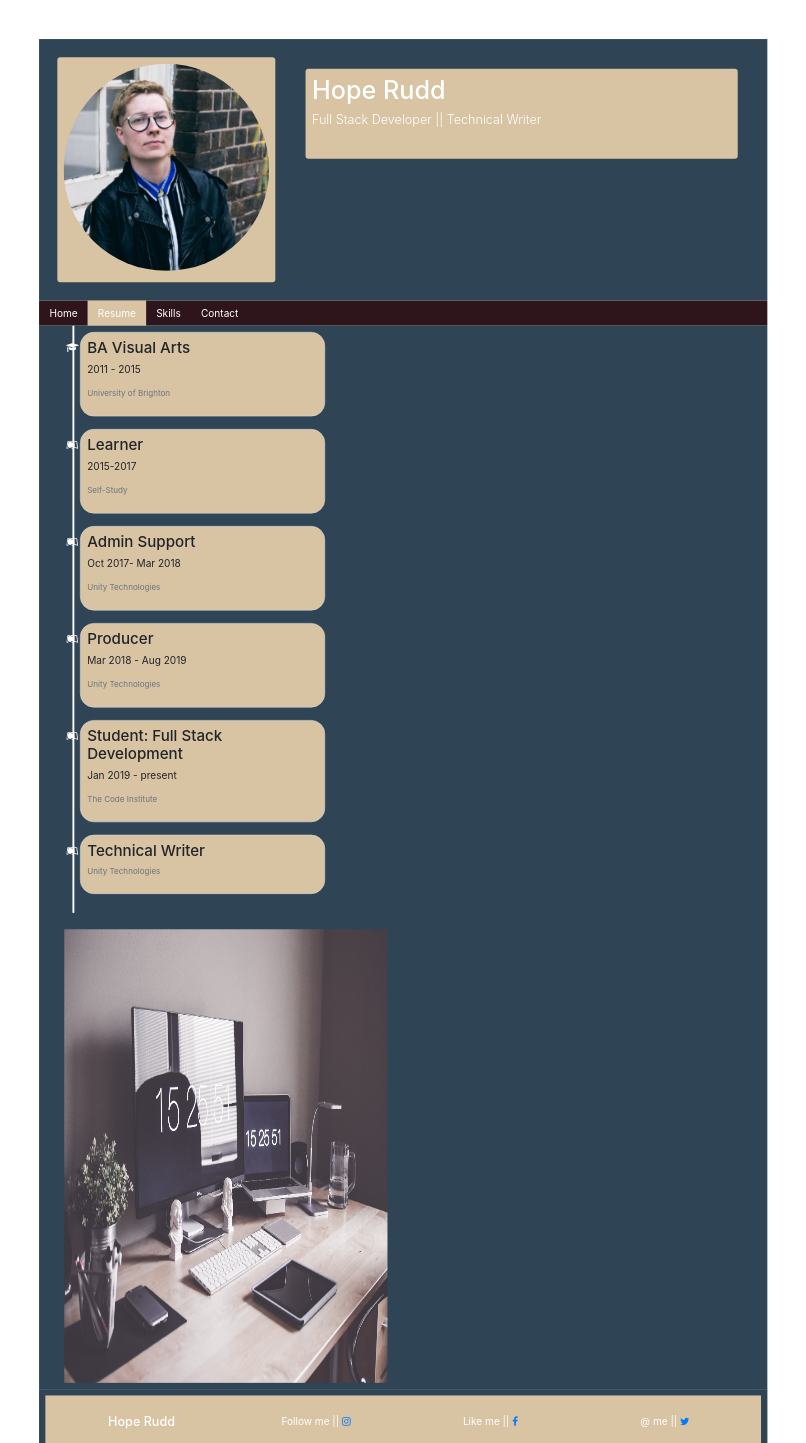
Repository: BleakTerrain/MilestoneProject-
Page: resume.html
The author's editor kept a record of every edit. The page is drawn from the files as they stood at one moment, then again after the next edit.
The browser window is 1280 px wide. The pictures show the whole page, at 63% of full size.
Some web libraries are served in a nearby version.

Above is the page before.

### resume.html
<html>

<head>
  <!-- Copied from UCB Resume code institue project -->

  <meta charset="UTF-8">
  <meta name="viewport" content="width=device-width, initial-scale=1.0">
  <meta http-equiv="X-UA-Compatible" content="ie=edge">
  <link rel="stylesheet" href="https://maxcdn.bootstrapcdn.com/bootstrap/4.2.1/css/bootstrap.min.css" type="text/css" />
  <link rel="stylesheet" href="https://maxcdn.bootstrapcdn.com/font-awesome/4.7.0/css/font-awesome.min.css" type="text/css" />
  <link rel="stylesheet" href="https://cdnjs.cloudflare.com/ajax/libs/hover.css/2.3.1/css/hover-min.css" type="text/css" />
  <link rel="stylesheet" href="assets/CSS/stylesheet.css" type="text/css" />
  <!-- Copied initial links end -->

  <title> Personal Portfolio</title>
</head>
<header>



</header>

<body>
<div class="intro-container">

 <!-------------------------Intro cards Started----------------------->
      <div class="row">
        <div class= "col-sm-4">
            <section class="jumbotron introtron">
          <img class="intro-image " src="BackgroundCodeInstitute.jpg" alt="Image not found">
           </div>
               <div class="col-sm-8">
                 <div class="jumbotron name-card">
                <h1>Hope Rudd</h1>
                 <p class="lead ">Full Stack Developer || Technical Writer </p>
                 </div>
                 </div>
                  </section>
        </div>

      </div>
    </div>

</div>
<!-------------------------------Intro cards finished-------------------------------->
<!-------------------------------Nav bar started-------------------------------->
<!-- inspired by example at https://www.w3schools.com/bootstrap4/bootstrap_navs.asp -->
<ul class = " nav navbar-default">
            <li class="nav-item">
              <a class="nav-link" href="#">Home</a>
            </li>
            <li class="nav-item nav-item-resume">
              <a class="nav-link" href="#">Resume</a>
            </li>
            <li class="nav-item">
              <a class="nav-link" href="#">Skills</a>
            </li>
            <li class="nav-item">
              <a class="nav-link" href="#">Contact</a>
            </li>
          </ul>
<!-------------------------------Nav bar finished-------------------------------->
<!-------------------------------TimeLine------------------------------->
    <section class="main-text container-fluid">
<div class="row">
<div class="col-sm-6">
    <div class="container">
    <ul class=timeline>
        <li class = "timeline-item">
            <div class="timeline-badge">
                <i class= "fa fa-graduation-cap"></i>
            </div>
            <div class="timeline-panel">
                <div class="timeline-heading">
                    <h4 class = "timeline-title">BA Visual Arts</h4>
                    <p> 2011 - 2015 </p>
                    <p class ="text-muted"><small>University of Brighton</small></p>
                </div>
            </div>
        </li>
               <li class ="timeline-item">
            <div class="timeline-badge">
               <i class="fa fa-leanpub"></i>
            </div>
            <div class="timeline-panel">
                <div class="timeline-heading">
                    <h4 class = "timeline-title">Learner</h4>
                    <p> 2015-2017</p>
                    <p class ="text-muted"><small>Self-Study</small></p>
            </div>
        </li>
        </li>
               <li class ="timeline-item">
            <div class="timeline-badge">
               <i class="fa fa-leanpub"></i>
            </div>
            <div class="timeline-panel">
                <div class="timeline-heading">
                    <h4 class = "timeline-title">Admin Support</h4>
                    <p>Oct 2017- Mar 2018</p>
                    <p class ="text-muted"><small>Unity Technologies</small></p>
                </div>
            </div>
        </li>
         </li>
               <li class ="timeline-item">
            <div class="timeline-badge">
               <i class="fa fa-leanpub"></i>
            </div>
            <div class="timeline-panel">
                <div class="timeline-heading">
                    <h4 class = "timeline-title">Producer</h4>
                    <p>Mar 2018 - Aug 2019</p>
                    <p class ="text-muted"><small>Unity Technologies</small></p>
                </div>
            </div>
        </li>
        </li>
             </li>
               <li class ="timeline-item">
            <div class="timeline-badge">
               <i class="fa fa-leanpub"></i>
            </div>
            <div class="timeline-panel">
                <div class="timeline-heading">
                    <h4 class = "timeline-title">Student: Full Stack Development</h4>
                    <p> Jan 2019 - present </p>
                    <p class ="text-muted"><small>The Code Institute</small></p>
                </div>
            </div>
        </li>
        </li>
               <li class ="timeline-item">
            <div class="timeline-badge">
               <i class="fa fa-leanpub"></i>
            </div>
            <div class="timeline-panel">
                <div class="timeline-heading">
                    <h4 class = "timeline-title">Technical Writer</h4>
                    <p class ="text-muted"><small>Unity Technologies</small></p>
                </div>
            </div>
        </li>
    </ul>
    </div>
</div>
</div>
</div>
  <div class="col-sm-6 other-image-background">
<img class="other-image" src="DeskImage.jpg" alt="Image not found">
  </div>
</div>
    </section>
    </body>
<!-------------------------------Bulk text finished------------------------------->
<!-------------------------------Footer Begins------------------------------------>


<footer class="footer container-fluid">
<div class="row">
<div class="col-sm-3 footer-item">
  <h5>  Hope Rudd  </h5>
  </div>
  <div class="col-sm-3 footer-item">
      <p>Follow me || <a href = "#"> <i class="fa fa-instagram aria-hidden=true"></i></a></p>
  <span class = "sr-only">Instagram link</span>
  </div>
  <div class="col-sm-3 footer-item">
      <p> Like me || <a href = "#"> <i class="fa fa-facebook aria-hidden=true"></i></a></p>
  <span class = "sr-only">Facebook Link</span>
  </div>
    <div class="col-sm-3 footer-item">
      <p>@ me || <a href = "#"> <i class="fa fa-twitter aria-hidden=true"></i></a></p>
  <span class = "sr-only">Twitter Link</span>
  </div>
</footer>

</html>

### assets/CSS/stylesheet.css

/* Main background taken from bootstraps basics project*/
/* General theme inspiration from : https://visme.co/blog/website-color-schemes/ */

body, html {
  height: 100%;
  margin: 2.5%;
}
/* -----------------------------------Intro bar---------------*/

.intro-container
{
padding:2.5%;
background-color: #2f4454;
}
.jumbotron
{
  margin:2.5%;
 padding: 10px;
 text-align: center;
  background-color: #D8C3A3;
  color:#fff;

}
.jumbotron-header
{
  font-size:500%;

}

.introtron
{
  margin:0;
min-height: 40%;
}

.intro-image {
  padding-bottom: 2.5%;
    width: 100%;
    background-position: center;
    background-repeat: no-repeat;
    transition: all .5s ease-in-out;
    -moz-transition: all .5s ease-in-out;
    -webkit-transition: all .5s ease-in-out;
  border-radius: 50%;
  display:inline-block;
}

.contact-card
{

  text-align: left;
  height:40%;
}
.name-card
{
  text-align:left;
  font-size: x-large;
  height:40%;
}
/*-----------------------------SkillsBar-------------------*/
.progress
{
  margin-bottom: 2.5%;

}
.full-stack
{
  background-color: #E27D60;
}
.tech-writing
{
  background-color: #e8a87c;
}
.html
{
  background-color: #C38D9E;
}
.css
{
  background-color: #41B3A3;
}
/*----------------------------------Nav-----------------------*/
.nav
{

  text-align: center;
  background-color: #2E151B;

}
.nav-link
{
  color:#fff;
}
.nav-link:hover
{
  background-color:#eed2dc ;
  color:#2E151B;
}
.nav-item-resume
{
  background-color: #D8C3A3;
}
.nav-item-skills
{
  background-color: #D8C3A3;
}
.nav-item-contact
{
  background-color: #D8C3A3;
}
/*-----------------------------Main-Text-------------------*/
.main-text
{
  background-color: #2f4454;
}
.main-text-box
{
  border: solid 10px #2f4454;
  background-color: #fff;
  color: #2f4454;
}
.other-image-background
{
border: solid 10px #2f4454;
 margin:0;
}
.other-image {

width: 100%;
  display:block;

}

/*-----------------------------Timeline-------------------*/

.timeline {
  list-style: none;
  padding: 10px 0 10px;
  position: relative;
}
.timeline:before {
  top: 0;
  bottom: 0;
  position: absolute;
  content: " ";
  width: 3px;
  background-color:#fff ;
  left: 25px;
  margin-left:-2px;
}
.timeline-item {
  margin-bottom: 20px;
  position: relative;
}


.timeline > li:before,
.timeline > li:after {
  content: " ";
  display: table;
}
.timeline > li:after {
  clear: both;
}
 .timeline-panel {
   background-color: #D8C3A3;
  width: 75%;
  float: left;
  border: 1px solid #d4d4d4;
  border-radius: 22px;
  padding: 10px;
  position: relative;
  margin-left: 35px;
}
.timeline-panel:before {
  position: absolute;
  top: 26px;
  left: -15px;
  display: inline-block;
}
.timeline-panel:after {
  position: absolute;
  top: 27px;
  left: -14px;
  display: inline-block;
}
 .timeline-badge {
  color: #fff;
  width: 25px;
  height: 25px;
  line-height: 25px;

  text-align: center;
  position: absolute;
  top: 16px;
  left: 10px;

}
/*------------------------------Footer---------------------*/
.footer
{ background-color: #D8C3A3;
color:#fff;
padding: 2.5%;
border: solid 10px #2f4454 ;
}
.footer-item
{
  text-align: center;
}
/*------------------------------MediaQueries-----------------*/

@media (max-width: 573)
{
  .name-card
{
height: 100%;
background-color: #E85a4f;
}


.contact-card
{
height: 100%;
background-color: #E98074;
}
}
.other-image
{
  height:100%;

}

After the next edit:
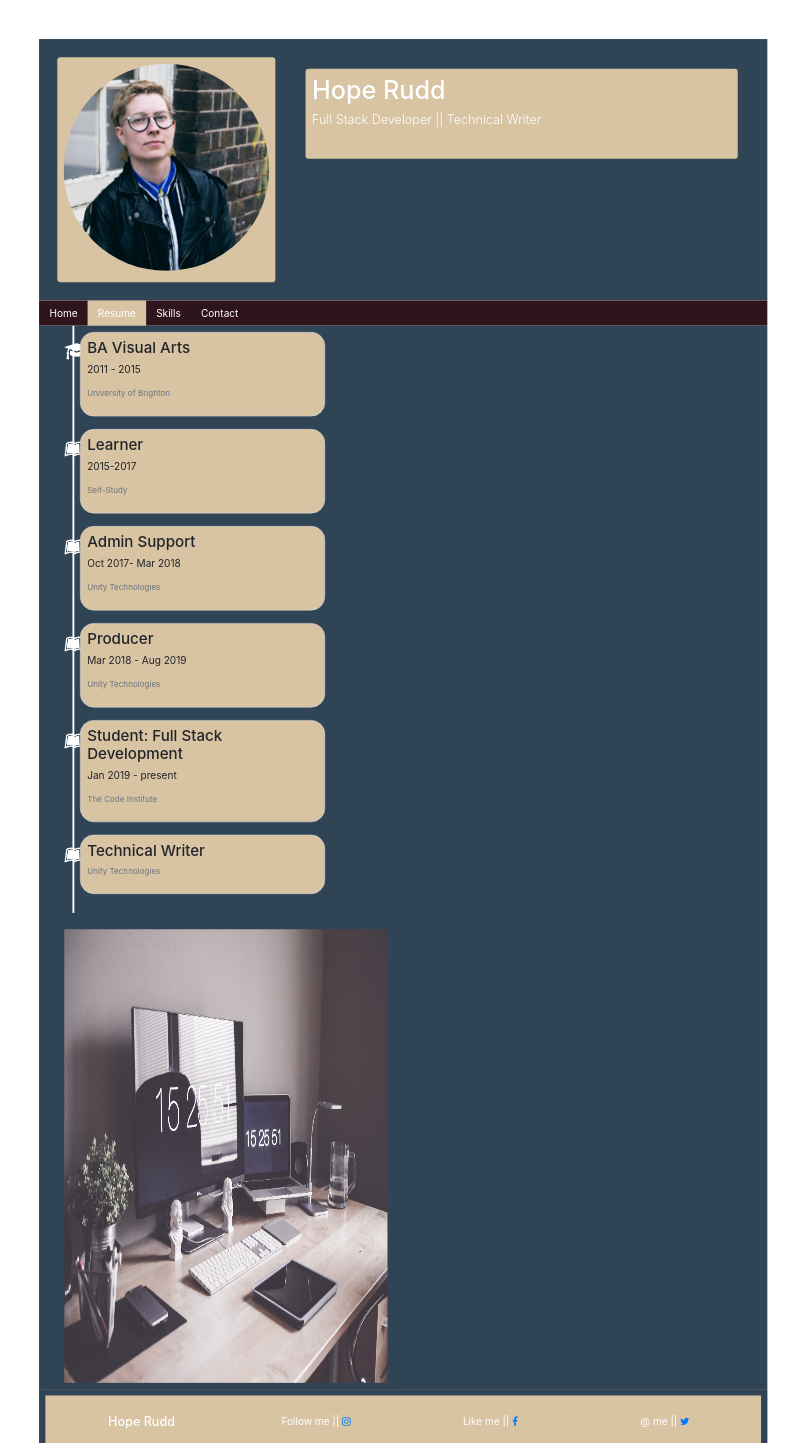
The edit:
--- a/assets/CSS/stylesheet.css
+++ b/assets/CSS/stylesheet.css
@@ -187,8 +187,7 @@
 }
  .timeline-badge {
   color: #fff;
-  width: 25px;
-  height: 25px;
+  font-size: 30px;
   line-height: 25px;
 
   text-align: center;
